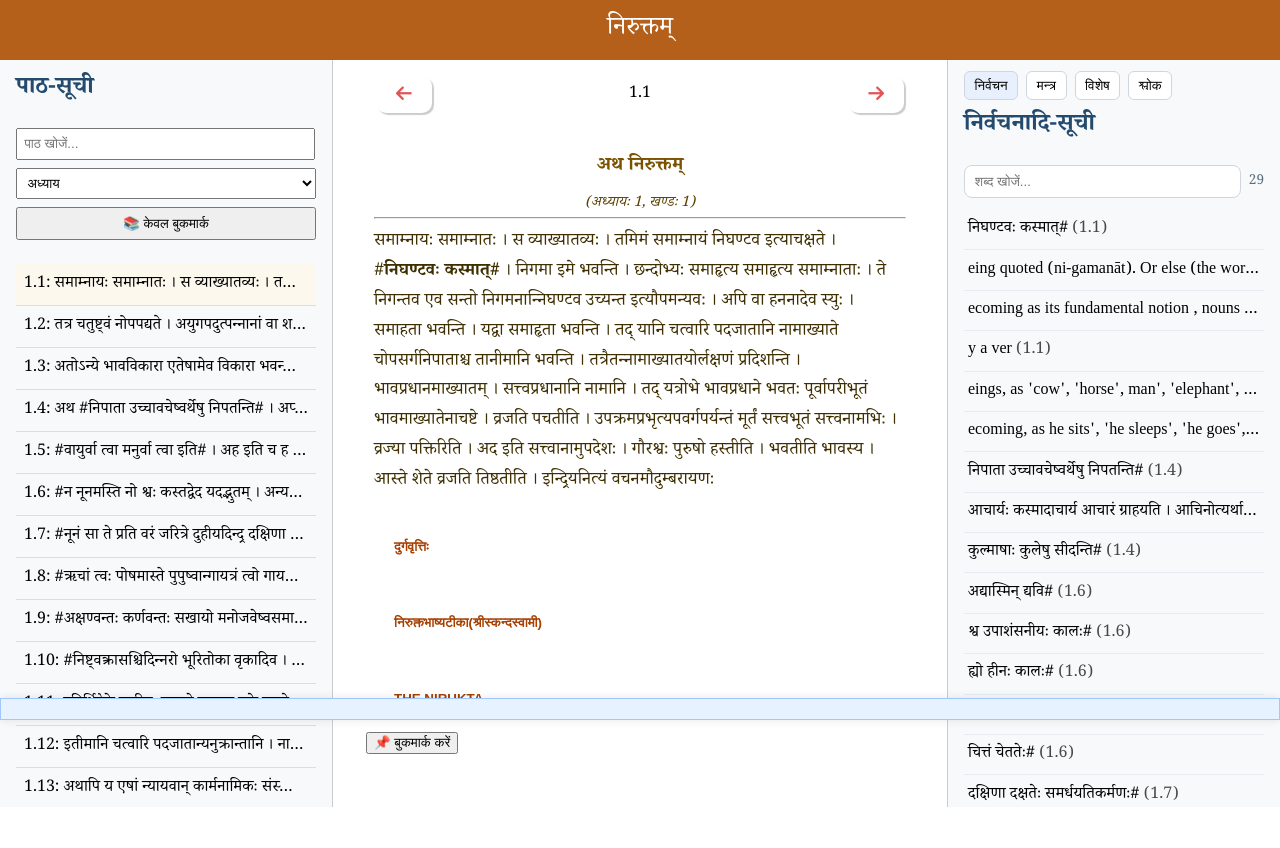
Repository: sanskritsphere/Niruktam
Page: index.html
These files come from the project's save history. The page is drawn as it stood at one moment and after the next save; the edit follows.
The browser window is 1280 px wide. The pictures show the whole page.
Some web fonts or font styles are not loaded; a fallback is used.

Above is the page before, as saved 2025-12-04 10:22:02.

After the next save:
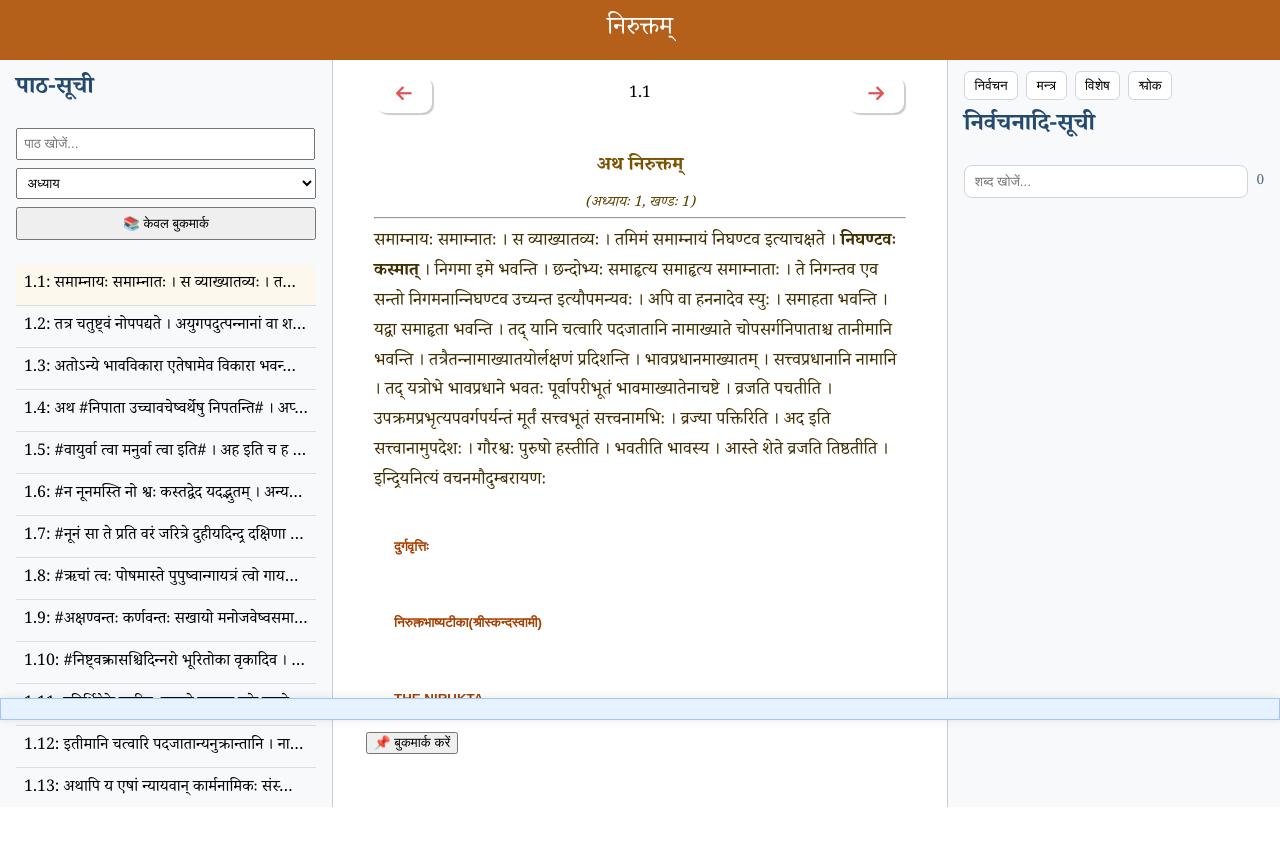
Saved 15 s later.
--- a/script.js
+++ b/script.js
@@ -4,10 +4,10 @@ let currentIndex = 0;
 let listElements = [];
 
 const TAGS = [
-  { key: 'b', label: 'निर्वचन' },  // #b(.*?)b#
-  { key: 'm', label: 'मन्त्र' },   // #m(.*?)m#
-  { key: 'v', label: 'विशेष' }, // #v(.*?)v#
-  { key: 's', label: 'श्लोक'}   // #s(.*?)s#
+  { key: '#b', label: 'निर्वचन' },  // #b(.*?)b#
+  { key: '#m', label: 'मन्त्र' },   // #m(.*?)m#
+  { key: '#v', label: 'विशेष' }, // #v(.*?)v#
+  { key: '#s', label: 'श्लोक'}   // #s(.*?)s#
 ];
 
 const termsByTag = {};               // { b:[], m:[], v:[] }
